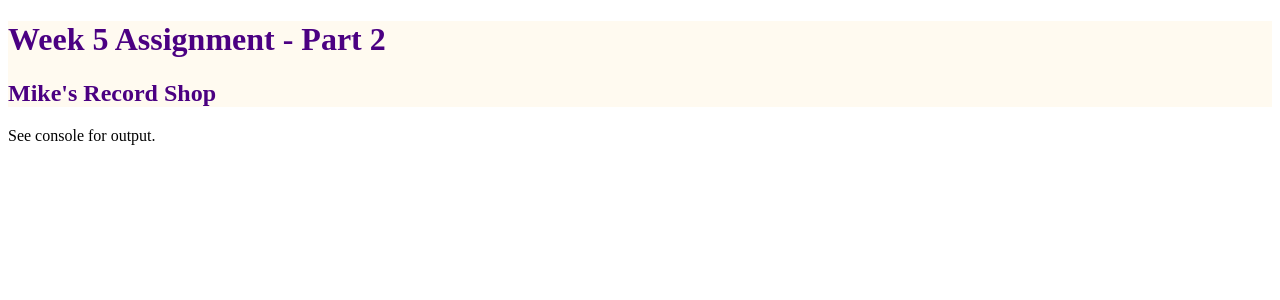
Repository: Ellusionism/prime-pw-week-5-assignment-part-2
Page: assignment/index.html
These files come from the project's save history. The page is drawn as it stood at one moment and after the next save; the edit follows.
The browser window is 1280 px wide. The pictures show the whole page.

Above is the page before, as saved 2022-11-24 18:45:02.

### assignment/index.html
<!DOCTYPE html>
<html>
  <head>
    <meta charset="utf-8">
    <title>Week 5 Assignment</title>
    <link rel="stylesheet" href="stylesheet.css">
  </head>
  <body>
    <header>
      <h1>Week 5 Assignment - Part 2</h1>
      <h2>Mike's Record Shop</h2>
    </header>
    <main>
    <p>See console for output.</p>
  </main>
    <!-- Create an unordered list with any questions you have -->
  </body>
</html>

### assignment/stylesheet.css
header {
  color:indigo;
  background-color: floralwhite;
}

After the next save:
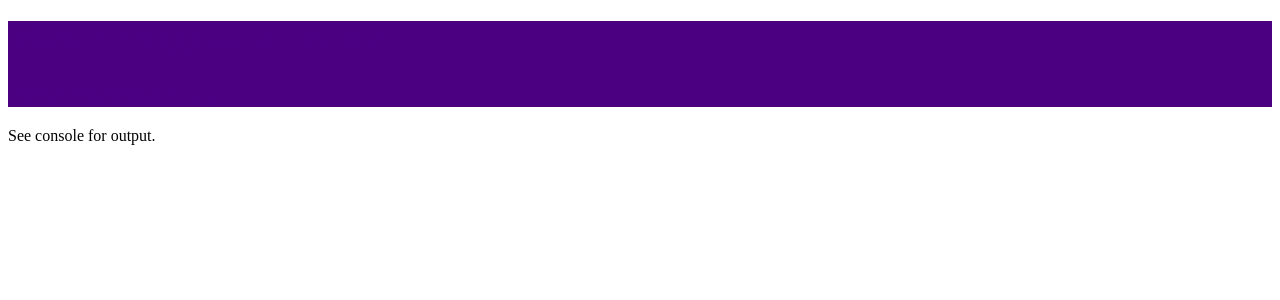
Saved 51 s later.
--- a/assignment/stylesheet.css
+++ b/assignment/stylesheet.css
@@ -1,4 +1,4 @@
 header {
   color:indigo;
-  background-color: floralwhite;
+  background-color: indigo;
 }
